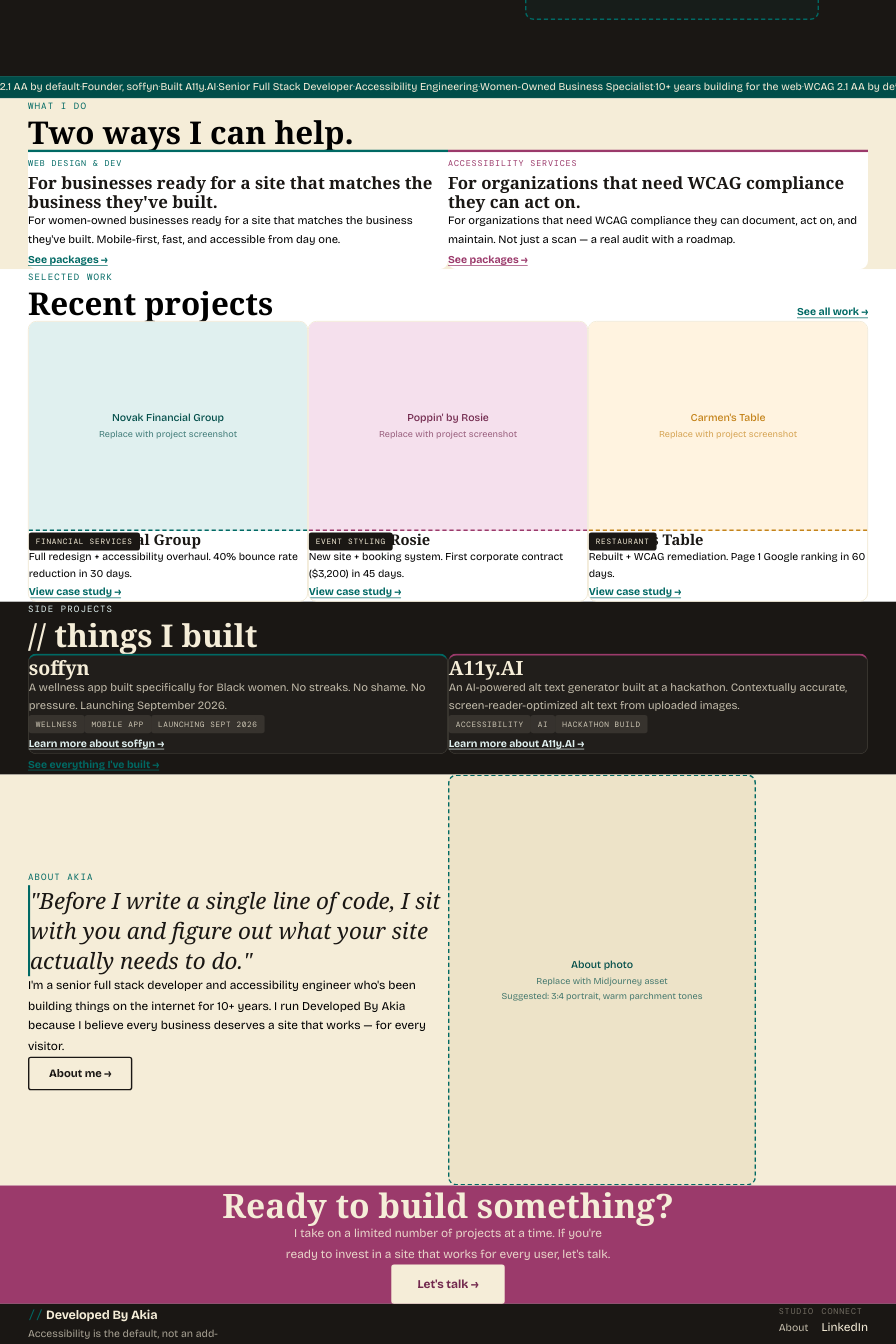
Repository: akiachenise/developed-by-akia
Page: index.html
The author's editor kept a copy of each file at every save. The page is drawn from the files as they stood at one save, then again after the next save.
The browser window is 1280 px wide. The pictures show the part of the page from y = 612 to 2532 px (the page is 2609 px tall), at 70% of full size.
Some web fonts or font styles are not loaded; a fallback is used.

Above is the page before, as saved 2026-04-18 09:58:36.

### index.html
<!DOCTYPE html>
<html lang="en">
<head>
  <meta charset="UTF-8" />
  <meta name="viewport" content="width=device-width, initial-scale=1.0" />
  <title>Developed By Akia — Accessible Web Design for Women-Owned Businesses</title>
  <meta name="description" content="I build accessible, high-converting websites for women-owned businesses and accessibility compliance services for organizations. WCAG 2.1 AA by default." />
  <!-- Open Graph -->
  <meta property="og:title" content="Developed By Akia — Accessible Web Design for Women-Owned Businesses" />
  <meta property="og:description" content="I build accessible, high-converting websites for women-owned businesses and accessibility compliance services for organizations. WCAG 2.1 AA by default." />
  <meta property="og:type" content="website" />
  <meta property="og:url" content="https://developedbyakia.com/" />
  <!-- Canonical -->
  <link rel="canonical" href="https://developedbyakia.com/" />
  <!-- Styles -->
  <link rel="preconnect" href="https://fonts.googleapis.com">
  <link rel="preconnect" href="https://fonts.gstatic.com" crossorigin>
  <link href="https://fonts.googleapis.com/css2?family=Bricolage+Grotesque:opsz,wght@12..96,400;12..96,500;12..96,700&family=DM+Mono:wght@400&family=Instrument+Serif:ital@0;1&display=swap" rel="stylesheet">
  <link rel="stylesheet" href="css/tokens.css" />
  <link rel="stylesheet" href="css/reset.css" />
  <link rel="stylesheet" href="css/main.css" />
  <!-- Structured Data -->
  <script type="application/ld+json">
  {
    "@context": "https://schema.org",
    "@type": "LocalBusiness",
    "name": "Developed By Akia LLC",
    "description": "Web design, development, and accessibility services for women-owned businesses and organizations.",
    "url": "https://developedbyakia.com",
    "email": "developedbyakia@gmail.com",
    "founder": {
      "@type": "Person",
      "name": "Akia Young"
    },
    "address": {
      "@type": "PostalAddress",
      "addressLocality": "Chicago",
      "addressRegion": "IL",
      "addressCountry": "US"
    },
    "areaServed": "Worldwide",
    "serviceType": ["Web Design", "Web Development", "Accessibility Auditing", "WCAG Compliance"]
  }
  </script>
</head>
<body>
  <!-- Skip navigation -->
  <a class="skip-nav" href="#main-content">Skip to main content</a>

  <!-- Navigation -->
  <header class="nav" id="siteNav" role="banner">
    <a href="index.html" class="nav__logo" aria-label="Developed By Akia — home">
      <span class="logo-slash">//</span> Developed By Akia
    </a>
    <button
      class="nav__toggle"
      id="navToggle"
      aria-expanded="false"
      aria-controls="navOverlay"
      aria-label="Open navigation menu"
    >
      <span></span><span></span><span></span>
    </button>
    <nav class="nav__menu" aria-label="Primary navigation">
      <a href="index.html" class="nav__link" aria-current="page">Home</a>
      <a href="services.html" class="nav__link">Services</a>
      <a href="portfolio.html" class="nav__link">Portfolio</a>
      <a href="built.html" class="nav__link">// things I built</a>
      <a href="about.html" class="nav__link">About</a>
      <a href="contact.html" class="nav__link nav__link--cta">Contact</a>
    </nav>
  </header>

  <!-- Mobile nav overlay -->
  <div class="nav__overlay" id="navOverlay" role="dialog" aria-modal="true" aria-label="Navigation menu">
    <button class="nav__toggle" aria-label="Close navigation menu" style="position:absolute;top:1.5rem;right:1.5rem;" onclick="document.getElementById('navToggle').click()">
      <span></span><span></span><span></span>
    </button>
    <nav aria-label="Mobile navigation">
      <a href="index.html" class="nav__link" aria-current="page">Home</a>
      <a href="services.html" class="nav__link">Services</a>
      <a href="portfolio.html" class="nav__link">Portfolio</a>
      <a href="built.html" class="nav__link">// things I built</a>
      <a href="about.html" class="nav__link">About</a>
      <a href="contact.html" class="nav__link nav__link--cta">Contact</a>
    </nav>
  </div>

  <!-- Main content -->
  <main id="main-content">

    <!-- Hero -->
    <section class="hero" aria-label="Introduction">
      <div class="hero__inner">
        <p class="hero__eyebrow">Web Design + Accessibility</p>
        <h1 class="hero__title">
          Websites that work<br />
          <em>for everyone.</em>
        </h1>
        <p class="hero__sub">
          I build accessible, high-converting websites for women-owned businesses — and accessibility compliance services for organizations that need more than a scan report.
        </p>
        <div class="hero__actions">
          <a href="portfolio.html" class="btn btn--primary">See my work</a>
          <a href="services.html" class="btn btn--ghost">What I offer</a>
        </div>
      </div>
      <div class="hero__image-col">
        <div
          class="img-placeholder"
          role="img"
          aria-label="Hero artwork: Black woman at a desk, surrounded by elements suggesting code, creativity, and nature — teal and parchment tones"
        >
          <span class="img-placeholder__label">Hero artwork</span>
          <span class="img-placeholder__sub">Replace with Midjourney asset<br />Suggested: 3:4 portrait, dark teal tones</span>
        </div>
      </div>
      <div class="hero__scroll" aria-hidden="true">
        <span>Scroll</span>
        <div class="hero__scroll-line"></div>
      </div>
    </section>

    <!-- Marquee -->
    <div class="marquee" aria-hidden="true">
      <div class="marquee__track">
        <span>10+ years building for the web</span><span class="marquee__dot"> · </span>
        <span>WCAG 2.1 AA by default</span><span class="marquee__dot"> · </span>
        <span>Founder, soffyn</span><span class="marquee__dot"> · </span>
        <span>Built A11y.AI</span><span class="marquee__dot"> · </span>
        <span>Senior Full Stack Developer</span><span class="marquee__dot"> · </span>
        <span>Accessibility Engineering</span><span class="marquee__dot"> · </span>
        <span>Women-Owned Business Specialist</span><span class="marquee__dot"> · </span>
        <!-- duplicate for seamless loop -->
        <span>10+ years building for the web</span><span class="marquee__dot"> · </span>
        <span>WCAG 2.1 AA by default</span><span class="marquee__dot"> · </span>
        <span>Founder, soffyn</span><span class="marquee__dot"> · </span>
        <span>Built A11y.AI</span><span class="marquee__dot"> · </span>
        <span>Senior Full Stack Developer</span><span class="marquee__dot"> · </span>
        <span>Accessibility Engineering</span><span class="marquee__dot"> · </span>
        <span>Women-Owned Business Specialist</span><span class="marquee__dot"> · </span>
      </div>
    </div>

    <!-- Services Overview -->
    <section class="services-overview section" aria-labelledby="services-heading">
      <div class="container">
        <div class="section__head">
          <span class="section__label">What I Do</span>
          <h2 class="section__title" id="services-heading">Two ways I can help.</h2>
        </div>
        <div class="services-overview__grid">
          <div class="service-card" data-reveal>
            <span class="service-card__tag">Web Design & Dev</span>
            <h3 class="service-card__title">For businesses ready for a site that matches the business they've built.</h3>
            <p class="service-card__body">
              For women-owned businesses ready for a site that matches the business they've built. Mobile-first, fast, and accessible from day one.
            </p>
            <a href="services.html#web-design" class="service-card__link">See packages →</a>
          </div>
          <div class="service-card service-card--berry" data-reveal>
            <span class="service-card__tag">Accessibility Services</span>
            <h3 class="service-card__title">For organizations that need WCAG compliance they can act on.</h3>
            <p class="service-card__body">
              For organizations that need WCAG compliance they can document, act on, and maintain. Not just a scan — a real audit with a roadmap.
            </p>
            <a href="services.html#accessibility" class="service-card__link">See packages →</a>
          </div>
        </div>
      </div>
    </section>

    <!-- Featured Work -->
    <section class="featured-work section" aria-labelledby="work-heading">
      <div class="container">
        <div class="section__head">
          <div>
            <span class="section__label">Selected Work</span>
            <h2 class="section__title" id="work-heading">Recent projects</h2>
          </div>
          <a href="portfolio.html" class="section__cta">See all work →</a>
        </div>
        <div class="portfolio-grid">
          <article class="project-card" data-reveal data-filter="web-design">
            <div class="project-card__img">
              <div
                class="img-placeholder"
                role="img"
                aria-label="Novak Financial Group website screenshot — clean, professional site with dark navy and gold tones"
              >
                <span class="img-placeholder__label">Novak Financial Group</span>
                <span class="img-placeholder__sub">Replace with project screenshot</span>
              </div>
              <div class="project-card__tag-wrap">
                <span class="project-card__client-tag">Financial Services</span>
              </div>
            </div>
            <div class="project-card__info">
              <h3 class="project-card__title">Novak Financial Group</h3>
              <p class="project-card__outcome">Full redesign + accessibility overhaul. 40% bounce rate reduction in 30 days.</p>
              <a href="portfolio.html#novak" class="project-card__link">View case study →</a>
            </div>
          </article>
          <article class="project-card" data-reveal data-filter="web-design">
            <div class="project-card__img project-card__img--berry">
              <div
                class="img-placeholder"
                role="img"
                aria-label="Poppin' by Rosie website — vibrant balloon artist portfolio with pink and warm tones"
              >
                <span class="img-placeholder__label">Poppin' by Rosie</span>
                <span class="img-placeholder__sub">Replace with project screenshot</span>
              </div>
              <div class="project-card__tag-wrap">
                <span class="project-card__client-tag">Event Styling</span>
              </div>
            </div>
            <div class="project-card__info">
              <h3 class="project-card__title">Poppin' by Rosie</h3>
              <p class="project-card__outcome">New site + booking system. First corporate contract ($3,200) in 45 days.</p>
              <a href="portfolio.html#rosie" class="project-card__link">View case study →</a>
            </div>
          </article>
          <article class="project-card" data-reveal data-filter="accessibility">
            <div class="project-card__img project-card__img--amber">
              <div
                class="img-placeholder"
                role="img"
                aria-label="Carmen's Table restaurant website — warm amber and terracotta tones with accessible menu layout"
              >
                <span class="img-placeholder__label">Carmen's Table</span>
                <span class="img-placeholder__sub">Replace with project screenshot</span>
              </div>
              <div class="project-card__tag-wrap">
                <span class="project-card__client-tag">Restaurant</span>
              </div>
            </div>
            <div class="project-card__info">
              <h3 class="project-card__title">Carmen's Table</h3>
              <p class="project-card__outcome">Rebuilt + WCAG remediation. Page 1 Google ranking in 60 days.</p>
              <a href="portfolio.html#carmens" class="project-card__link">View case study →</a>
            </div>
          </article>
        </div>
      </div>
    </section>

    <!-- Things I Built -->
    <section class="built-strip section" aria-labelledby="built-heading">
      <div class="container">
        <div class="section__head">
          <span class="section__label" style="color:var(--color-teal-light)">Side Projects</span>
          <h2 class="section__title" id="built-heading">// things I built</h2>
        </div>
        <div class="built-cards">
          <div class="built-card" data-reveal>
            <h3 class="built-card__name">soffyn</h3>
            <p class="built-card__desc">
              A wellness app built specifically for Black women. No streaks. No shame. No pressure. Launching September 2026.
            </p>
            <div class="built-card__tags">
              <span class="tag">Wellness</span>
              <span class="tag">Mobile App</span>
              <span class="tag">Launching Sept 2026</span>
            </div>
            <a href="built.html#soffyn" class="built-card__link">Learn more about soffyn →</a>
          </div>
          <div class="built-card built-card--berry" data-reveal>
            <h3 class="built-card__name">A11y.AI</h3>
            <p class="built-card__desc">
              An AI-powered alt text generator built at a hackathon. Contextually accurate, screen-reader-optimized alt text from uploaded images.
            </p>
            <div class="built-card__tags">
              <span class="tag">Accessibility</span>
              <span class="tag">AI</span>
              <span class="tag">Hackathon Build</span>
            </div>
            <a href="built.html#a11yai" class="built-card__link">Learn more about A11y.AI →</a>
          </div>
        </div>
        <div style="margin-top:var(--space-md)">
          <a href="built.html" class="section__cta">See everything I've built →</a>
        </div>
      </div>
    </section>

    <!-- About Strip -->
    <section class="about-strip section" aria-labelledby="about-strip-heading">
      <div class="container">
        <div class="about-strip__inner">
          <div class="about-strip__text" data-reveal>
            <span class="section__label">About Akia</span>
            <blockquote class="about-strip__pull-quote">
              "Before I write a single line of code, I sit with you and figure out what your site actually needs to do."
            </blockquote>
            <p class="about-strip__bio">
              I'm a senior full stack developer and accessibility engineer who's been building things on the internet for 10+ years. I run Developed By Akia because I believe every business deserves a site that works — for every visitor.
            </p>
            <a href="about.html" class="btn btn--ghost-dark">About me →</a>
          </div>
          <div data-reveal>
            <div
              class="img-placeholder"
              role="img"
              aria-label="Portrait of Akia Young — artist and developer, warm parchment tones"
              style="max-width:440px;background:var(--color-parchment-dark);color:var(--color-teal-dark)"
            >
              <span class="img-placeholder__label">About photo</span>
              <span class="img-placeholder__sub">Replace with Midjourney asset<br />Suggested: 3:4 portrait, warm parchment tones</span>
            </div>
          </div>
        </div>
      </div>
    </section>

    <!-- Contact CTA -->
    <section class="contact-cta" aria-labelledby="cta-heading">
      <div class="container">
        <h2 class="contact-cta__title" id="cta-heading">Ready to build something?</h2>
        <p class="contact-cta__sub">
          I take on a limited number of projects at a time. If you're ready to invest in a site that works for every user, let's talk.
        </p>
        <a href="contact.html" class="btn btn--berry btn--large">Let's talk →</a>
      </div>
    </section>

  </main>

  <!-- Footer -->
  <footer class="footer" role="contentinfo">
    <div class="container">
      <div class="footer__inner">
        <div class="footer__brand">
          <a href="index.html" class="nav__logo" aria-label="Developed By Akia — home">
            <span class="logo-slash">//</span> Developed By Akia
          </a>
          <p>Accessibility is the default, not an add-on.</p>
        </div>
        <nav class="footer__nav" aria-label="Studio navigation">
          <span class="footer__nav-label">Studio</span>
          <a href="about.html">About</a>
          <a href="portfolio.html">Portfolio</a>
          <a href="contact.html">Contact</a>
        </nav>
        <nav class="footer__social" aria-label="Social links">
          <span class="footer__nav-label">Connect</span>
          <a href="https://linkedin.com/in/akiayoung" rel="noopener noreferrer" target="_blank">LinkedIn</a>
        </nav>
      </div>
      <div class="footer__bottom">
        <p>© Developed By Akia LLC</p>
        <p class="footer__tagline">Accessibility is the default, not an add-on.</p>
      </div>
    </div>
  </footer>

  <!-- ARIA live region for announcements -->
  <div id="ariaLive" aria-live="polite" aria-atomic="true" class="visually-hidden"></div>

  <script src="js/main.js"></script>
</body>
</html>

### css/tokens.css
:root {
  --color-dark: #1a1714;
  --color-dark-mid: #2d2926;
  --color-teal: #006964;
  --color-teal-dark: #004d49;
  --color-teal-light: #e0f0ef;
  --color-berry: #9b3a6b;
  --color-berry-dark: #72294e;
  --color-berry-light: #f5e0ed;
  --color-parchment: #f5edd8;
  --color-parchment-dark: #ede3c8;
  --color-amber: #c4831a;
  --color-white: #ffffff;
  --color-text-on-dark: #f5edd8;
  --color-text-on-light: #1a1714;
  --color-text-muted-light: #4a4540;
  --color-text-muted-dark: #c8beb4;

  --font-heading: "Instrument Serif", Georgia, serif;
  --font-body: "Bricolage Grotesque", system-ui, sans-serif;
  --font-mono: "DM Mono", monospace;

  --radius-sm: 4px;
  --radius-md: 12px;
  --radius-lg: 24px;

  --max-width: 1200px;
  --content-width: 760px;

  --section-padding: 8rem 2rem;
  --section-padding-mobile: 4rem 1.25rem;

  --rotate-subtle: -1.5deg;
}

### css/reset.css
/* Modern CSS Reset */
*, *::before, *::after {
  box-sizing: border-box;
  margin: 0;
  padding: 0;
}

html {
  scroll-behavior: smooth;
  -webkit-text-size-adjust: 100%;
}

@media (prefers-reduced-motion: reduce) {
  html { scroll-behavior: auto; }
  *, *::before, *::after {
    animation-duration: 0.01ms !important;
    animation-iteration-count: 1 !important;
    transition-duration: 0.01ms !important;
    scroll-behavior: auto !important;
  }
}

body {
  min-height: 100vh;
  line-height: 1.7;
  -webkit-font-smoothing: antialiased;
  -moz-osx-font-smoothing: grayscale;
}

img, picture, video, canvas, svg {
  display: block;
  max-width: 100%;
}

input, button, textarea, select {
  font: inherit;
}

p, h1, h2, h3, h4, h5, h6 {
  overflow-wrap: break-word;
}

h1, h2, h3, h4, h5, h6 {
  line-height: 1.2;
}

ul[role="list"],
ol[role="list"] {
  list-style: none;
}

a {
  color: inherit;
  text-decoration: none;
}

button {
  cursor: pointer;
  border: none;
  background: none;
}

fieldset {
  border: none;
}

table {
  border-collapse: collapse;
}

:root {
  color-scheme: light;
}

Loaded but not shown: js/main.js (277 lines, source omitted); css/main.css (1961 lines, source omitted)

After the next save:
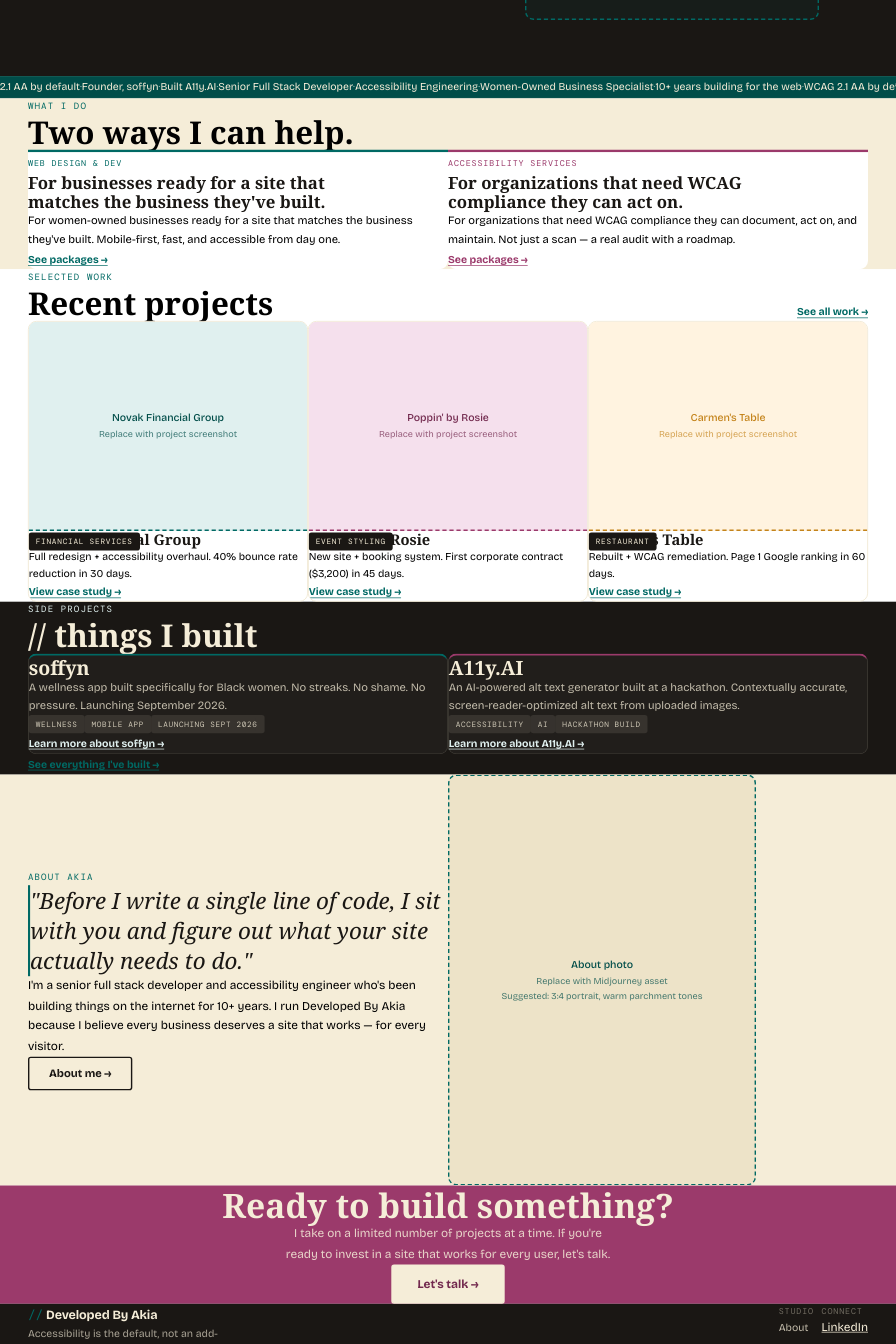
Saved 16 s later.
--- a/css/reset.css
+++ b/css/reset.css
@@ -1,73 +1,53 @@
-/* Modern CSS Reset */
-*, *::before, *::after {
+*,
+*::before,
+*::after {
   box-sizing: border-box;
   margin: 0;
   padding: 0;
 }
 
 html {
+  font-size: 100%;
   scroll-behavior: smooth;
-  -webkit-text-size-adjust: 100%;
-}
-
-@media (prefers-reduced-motion: reduce) {
-  html { scroll-behavior: auto; }
-  *, *::before, *::after {
-    animation-duration: 0.01ms !important;
-    animation-iteration-count: 1 !important;
-    transition-duration: 0.01ms !important;
-    scroll-behavior: auto !important;
-  }
 }
 
 body {
-  min-height: 100vh;
+  font-family: var(--font-body);
+  font-size: 1.0625rem;
   line-height: 1.7;
+  color: var(--color-text-on-light);
+  background: var(--color-parchment);
   -webkit-font-smoothing: antialiased;
-  -moz-osx-font-smoothing: grayscale;
 }
 
-img, picture, video, canvas, svg {
+img {
+  max-width: 100%;
+  height: auto;
   display: block;
-  max-width: 100%;
-}
-
-input, button, textarea, select {
-  font: inherit;
-}
-
-p, h1, h2, h3, h4, h5, h6 {
-  overflow-wrap: break-word;
-}
-
-h1, h2, h3, h4, h5, h6 {
-  line-height: 1.2;
-}
-
-ul[role="list"],
-ol[role="list"] {
-  list-style: none;
 }
 
 a {
   color: inherit;
-  text-decoration: none;
 }
 
 button {
+  font-family: inherit;
   cursor: pointer;
   border: none;
   background: none;
 }
 
-fieldset {
-  border: none;
+ul,
+ol {
+  list-style: none;
 }
 
-table {
-  border-collapse: collapse;
+h1,
+h2,
+h3,
+h4 {
+  font-family: var(--font-heading);
+  line-height: 1.05;
+  font-weight: 400;
+  text-wrap: balance;
 }
-
-:root {
-  color-scheme: light;
-}
